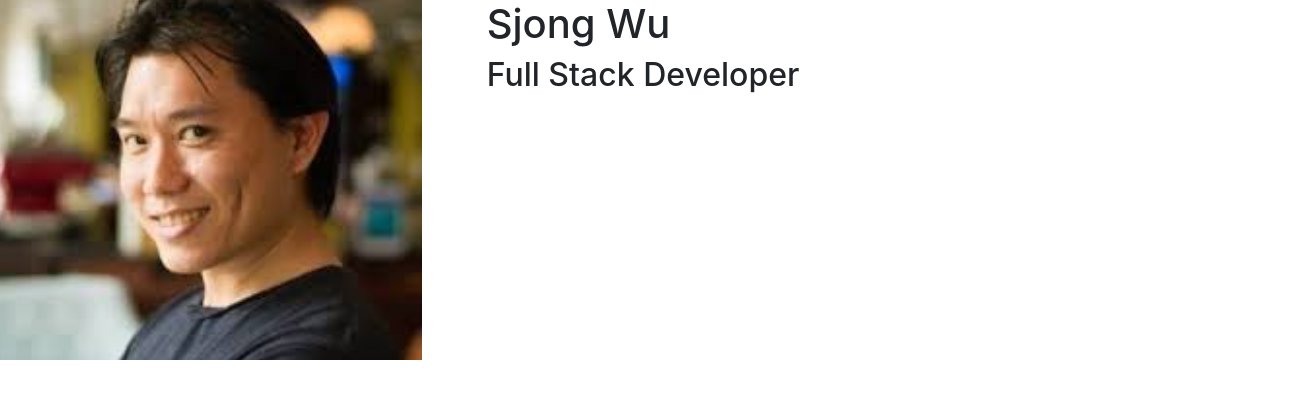
Repository: Scuzeme/codeinstitue-resume-project
Page: index.html
The author's editor kept a record of every edit. The page is drawn from the files as they stood at one moment, then again after the next edit.
The browser window is 1280 px wide. The page is 1295 px wide, so the pictures cover 1295 px, including what lies to the right of the window. The pictures show the whole page.

Above is the page before.

### index.html
<!DOCTYPE html>
<html lang="en">
<head>
    <meta charset="UTF-8">
    <meta name="viewport" content="width=device-width, initial-scale=1.0">
    <meta http-equiv="X-UA-Compatible" content="ie=edge">
    <link rel="stylesheet" href="https://stackpath.bootstrapcdn.com/bootstrap/4.3.1/css/bootstrap.min.css" type="text/css" />
    <link rel="stylesheet" href="https://stackpath.bootstrapcdn.com/font-awesome/4.7.0/css/font-awesome.min.css" />
    <link rel="stylesheet" href="assets/css/style.css" type="text/css" />


    <title>Sjong</title>
</head>
<body>
    <header>
        <div class="row">
            <a href="index.html" class="col-md-4 logo">

            </a>
            <div class="col-md-8">
                <div class="row">
                    <div class="col heading">
                        <h1 class="name">Sjong Wu</h1>
                        <h2 class="title">Full Stack Developer</h2>
                    </div>
                </div>
            </div>
        </div>

    </header>

    <section>

    </section>

    <footer>

    </footer>

</body>
</html>

### assets/css/style.css
@import url('https://fonts.googleapis.com/css?family=Roboto:100,200,300,400,500,600,700|Exo :100,200,300,400,500,600,700');


header {
    margin:0;
}

.logo {
    background:url("../images/sjongwu.jpeg");
    background-position: center;
    background-repeat:no-repeat;
    background-size:cover;
    min-height:360px;
    transition:all .5s ease-in-out;
    -moz-transition:all .5s ease-in-out;
    -webkit-transition:all .5s ease-in-out;
}

.bg-color-name-title {
    background-color:#676767;
}

.heading {
    margin-left:50px;
}

After the next edit:
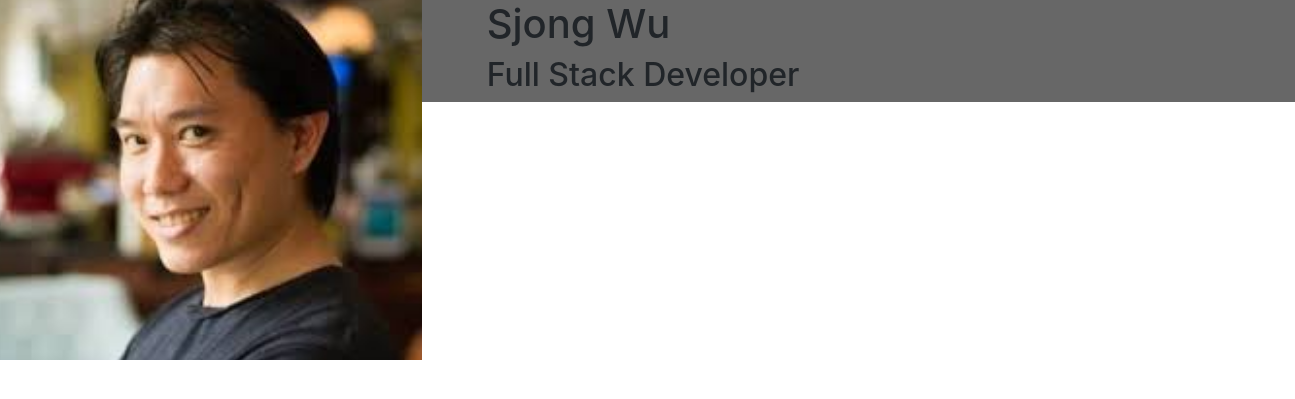
The edit:
--- a/index.html
+++ b/index.html
@@ -18,7 +18,7 @@
 
             </a>
             <div class="col-md-8">
-                <div class="row">
+                <div class="row bg-color-name-title">
                     <div class="col heading">
                         <h1 class="name">Sjong Wu</h1>
                         <h2 class="title">Full Stack Developer</h2>
